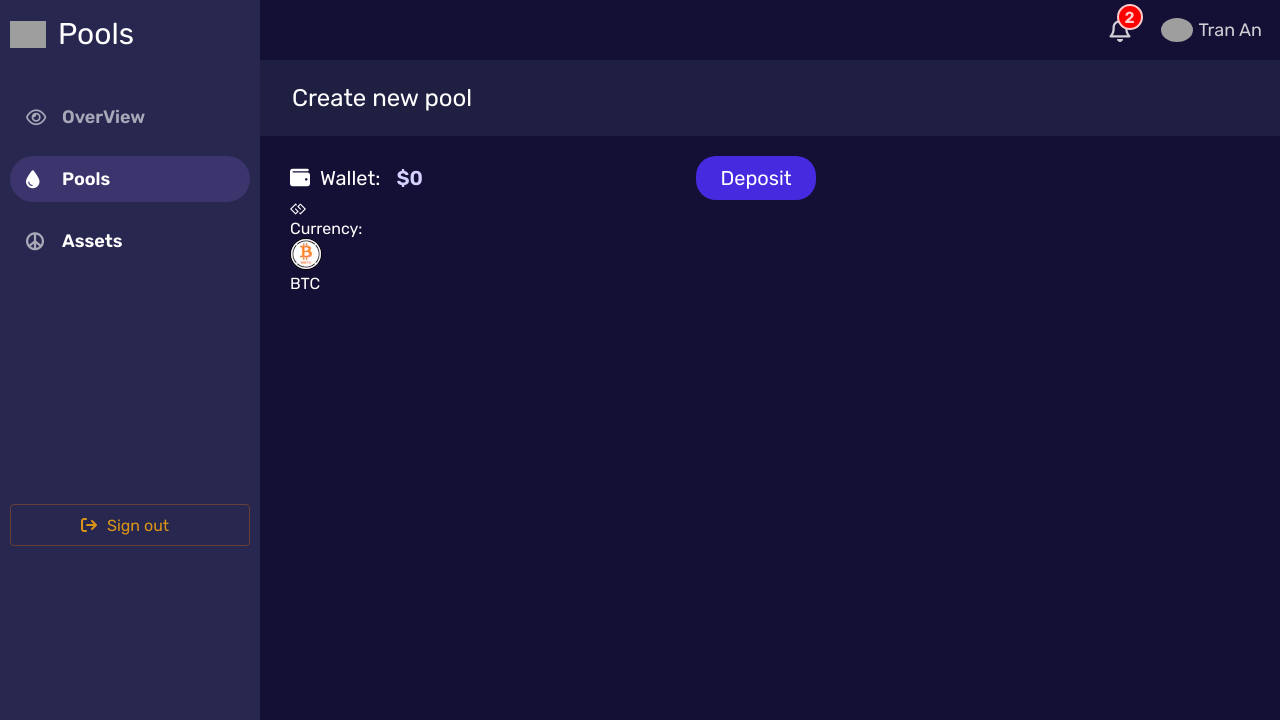
Repository: quynh232000/pools
Page: pool/create-pool.html
The author's editor kept a copy of each file at every save. The page is drawn from the files as they stood at one save, then again after the next save.
The browser window is 1280 px wide. The pictures show the whole page.
Pictures or frames that could not be fetched are drawn as grey boxes.

Above is the page before, as saved 2023-07-14 00:28:36.

### pool/create-pool.html
<!DOCTYPE html>
<html lang="en">
  <head>
    <meta charset="UTF-8" />
    <meta name="viewport" content="width=device-width, initial-scale=1.0" />
    <title>Create Pool</title>

    <link rel="stylesheet" href="../src/css/base.css" />
    <link rel="stylesheet" href="../src/css/style.css" />
    <link rel="stylesheet" href="../src/css/pool.css" />
    <link rel="stylesheet" href="../src/css/create-pool.css" />
    <link
      rel="stylesheet"
      href="https://cdnjs.cloudflare.com/ajax/libs/font-awesome/6.4.0/css/all.min.css"
      integrity="sha512-iecdLmaskl7CVkqkXNQ/ZH/XLlvWZOJyj7Yy7tcenmpD1ypASozpmT/E0iPtmFIB46ZmdtAc9eNBvH0H/ZpiBw=="
      crossorigin="anonymous"
      referrerpolicy="no-referrer"
    />
  </head>
  <body>
    <div class="container">
      <div class="sidebar">
        <div class="sidebar-logo">
          <img src="https://sef-eco.vercel.app/assets/images/logo.png" alt="" />
          <span>Pools</span>
        </div>
        <div class="sidebar-items">
          <div class="sidebar-list">
            <div class="sidebar-item">
              <i class="fa-regular fa-eye"></i>
              <div class="sidebar-item-name">OverView</div>
            </div>
            <div class="sidebar-item sidebar-item-active">
              <i class="fa-solid fa-droplet"></i>
              <a href="/pool.html" class="sidebar-item-name">Pools</a>
            </div>
            <div class="sidebar-item">
              <i class="fa-solid fa-peace"></i>
              <a href="/index.html" class="sidebar-item-name">Assets</a>
            </div>
          </div>

          <div class="sidebar-sign-out">
            <i class="fa-solid fa-arrow-right-from-bracket"></i>
            <div class="sidebar-item-name">Sign out</div>
          </div>
        </div>
      </div>
      <div class="content">
        <div class="header">
          <div class="header-noti">
            <i class="fa-regular fa-bell"></i>
            <div class="header-noti-count">2</div>
          </div>
          <div class="header-user">
            <img
              src="https://static.vecteezy.com/system/resources/previews/002/002/257/original/beautiful-woman-avatar-character-icon-free-vector.jpg"
              alt=""
            />
            <div class="header-user-name">Tran An</div>
          </div>
        </div>
        <!-- body -->
        <div class="content-title">Create new pool</div>
        <div class="create-body">
          <div class="create-item">
            <i class="fa-solid fa-wallet"></i>
            <div class="create-item-title">Wallet:</div>
            <span>$0</span>
            <div class="create-btn">Deposit</div>
          </div>
          <div class="create-select-money">
            <i class="fa-brands fa-gg"></i>
            <div class="create-wallet-title">Currency:</div>
            <div class="create-select-type-money">
              <span>
                <img src="../src/img/btc.png" alt="" />
                <div class="type-money-name">BTC</div>
              </span>
            </div>
          </div>
        </div>
      </div>
    </div>
  </body>
</html>

### src/css/base.css
@import url('https://fonts.googleapis.com/css2?family=Rubik:wght@300;400;500;600;700&display=swap');
 :root{
    --primary-color:#fff;
    --text-color:#fff;
    --text-1-color:rgb(211, 209, 255);
    --bg-color:#140f34;
    --bg-item-color:#282750;

 }
*{
    box-sizing: inherit;
}
html,body{
    box-sizing: border-box;
    margin: 0;
    padding: 0;
    font-family: 'Rubik', sans-serif;
    color: var(--text-color);
}
a{
    color: white;
    text-decoration: none;
}

### src/css/style.css
.container{
    width: 100%;
    min-height: 100vh;
    background-color: var(--bg-color);
    display: flex;
}
.sidebar{
    width: 20%;
    min-width: 260px;
    max-width: 400px;
    display: flex;
    flex-direction: column;
    min-height: 100vh;
    background-color: var(--bg-item-color);
}
.sidebar-logo{
    display: flex;
    width: 100%;
    align-items: center;
    padding: 16px 10px;
}
.sidebar-logo img{
    width: 15%;
}
.sidebar-logo span{
    font-size: 30px;
    color: var(--primary-color);
    margin-left: 12px;

}
.sidebar-items{
    padding: 26px 10px;
    display: flex;
    flex-direction: column;
    justify-content: space-between;
    min-height: 70vh;
}
.sidebar-list{

}
.sidebar-item{
    font-size: 18px;
    display: flex;
    align-items: center;
    padding: 12px 16px;
    border-radius: 40px;
    color: rgb(255 255 255/.6);
    margin-bottom: 16px;
    font-weight: 600;
    transition: color .3s;
}
.sidebar-item:hover{
    cursor: pointer;
    color: rgb(255 255 255/.8);
}
.sidebar-item-active{
    background-color:#3c356d ;
    color: var(--text-color);
}
.sidebar-item i{
    min-width: 36px;
}
.sidebar-sign-out{
    display: flex;
    align-items: center;
    color: rgb(218, 149, 23);
    text-align: center;
    border: 1px solid rgba(202, 98, 12,.4);
    justify-content: center;
    padding-right: 10px;
    border-radius: 4px;
    transition: color border .3s;
}
.sidebar-sign-out:hover{
    cursor: pointer;
    color: rgb(253, 166, 5);
    border: 1px solid rgba(202, 98, 12,.5);
}
.sidebar-sign-out i{
    margin-right: 10px;
    padding: 12px 0;
}

.content{
    width: 85%;
    min-height: 100vh;
    /* background-color: var(--bg-color); */
}
.header{
    display: flex;
    justify-content: flex-end;
    padding: 18px;
    color: rgb(255 255 255/.8);
    align-items: center;
}
.header-user{
    display: flex;
    align-items: center;
    font-size: 18px;

}
.header-user img {
    width: 32px;
    border-radius: 50%;
    margin-right: 6px;
}
.header-noti{
    display: flex;
    margin-right: 30px;
    font-size: 20px;
    position: relative;
    font-size: 24px;
}
.header-noti-count{
    width: 26px;
    height: 26px;
    position: absolute;
    top: -14px;
    left: 7px;
    border: 2px solid  rgb(255 255 255/.8);
    text-align: center;
    border-radius: 50%;
    font-size: 16px;
    display: flex;
    align-items: center;
    justify-content: center;
    background-color: var(--bg-color);
    background-color: red;
    font-weight: 600;

}
.content-title{
    background-color: #1f1f42;
    padding: 24px 32px;
    font-size: 24px;
}
.content-list{
    display: flex;
    flex-direction: column;
    align-items: center;
    padding: 0 40px;
}
.content-list-body{
    width: 100%;
    margin-top: 20px;

}
.content-nav{
    width: 100%;
    display: flex;
    justify-content: space-between;
    padding: 12px 26px;
    margin: 10px 0;
    transition: background-color .2s ;
}
.content-nav:hover{
    background-color: #2d2d44;
}
.nav-left{
    width: 50%;
    display: flex;
    align-items: center;
    justify-content: space-between;
    font-size: 22px;

}
.nav-left-info{
    display: flex;
    align-items: center;
}
.nav-left-info img{
    width: 32px;
    margin-right: 8px;
}
.nav-left-name{
    font-size: 22px;
}
.nav-left-balance{
    display: flex;
    flex-direction: column;
    align-items: center;
    flex: 1;
}
.nav-left-balance span:nth-child(2){
    font-size: 20px;
    color: #a8a8a8;
}


.nav-right{
    width: 40%;
    display: flex;
    justify-content: space-between;
    align-items: center;
    color: #b3b1fd;
}
.nav-right span{
    transition: color .3s;
}
.nav-right span i{
    font-size: 16px !important;
    margin-left: 4px;
}
.nav-right span:hover{
    color:#f8c2b0;
    cursor: pointer;
}
.nav-text{
    color: #b3b1fd;
    font-size: 20px;
}
.nav-right .nav-tex:hover{
    color: #b3b1fd !important;
    cursor: no-drop;
}

### src/css/pool.css
.p-content-body{
    width: 100%;
    display: flex;
    flex-wrap: wrap;
    padding: 20px 10px;
}
.content-item-wrapper{
    width: 33.333%;
    padding: 10px ;
}
.p-content-item{
    border-radius: 6px;
    background-color: var(--bg-item-color);
    padding: 14px;
    transition: background-color .3s ease;
}
.p-content-item:hover{
    background-color: #2e2e60;
}
.p-content-item-top{
    display: flex;
    align-items:flex-start;

}
.p-content-item-img{
    margin-right: 6px;
}
.p-content-item-top-info{
    display: flex;
    flex-direction: column;
}
.p-content-item-top-info span{
    padding-top: 4px;
}
.p-content-item-top-info p{
    margin: 4px 0 10px 0;
    color: #a7a3a3;
}
.p-content-item-bottom{
    display: flex;
}
.p-item-type{
    margin-right: 10px;
    padding: 0 8px;
    text-align: center;
}
.p-item-type:first-child{
    border-right: 1px solid gray;
    padding-right: 16px;
}
.p-item-type span{
    font-size: 14px;
    color: #a7a3a3;
    /* font-weight: 600; */
}
.p-item-type p{
    margin: 0;
}
.add-pool{
    display: flex;
    flex-direction: column;
    align-items: center;
    font-size: 20px;
    min-height: 122px;
    justify-content: center;
}
.add-pool i{
    font-size: 26px;
    margin-bottom: 6px;
}

### src/css/create-pool.css
.create-body{
    width: 100%;
    display: flex;
    flex-direction: column;
    padding: 20px 30px;
}
.create-item{
    display: flex;
    font-size: 20px;
    align-items: center;
}
.create-item-title{
    margin: 0 16px 0 10px;

}
.create-item span{
    color: var(--text-1-color);
    min-width: 300px;
    font-weight: 600;
}
.create-btn{
    background-color: rgb(70, 42, 223);
    padding: 10px 24px;
    border-radius: 20px;
    display: flex;
    justify-content: center;
    align-items: center;
    transition: background-color .3s ease;
}
.create-btn:hover{
    background-color: #6a67ea;
    cursor: pointer;
}

After the next save:
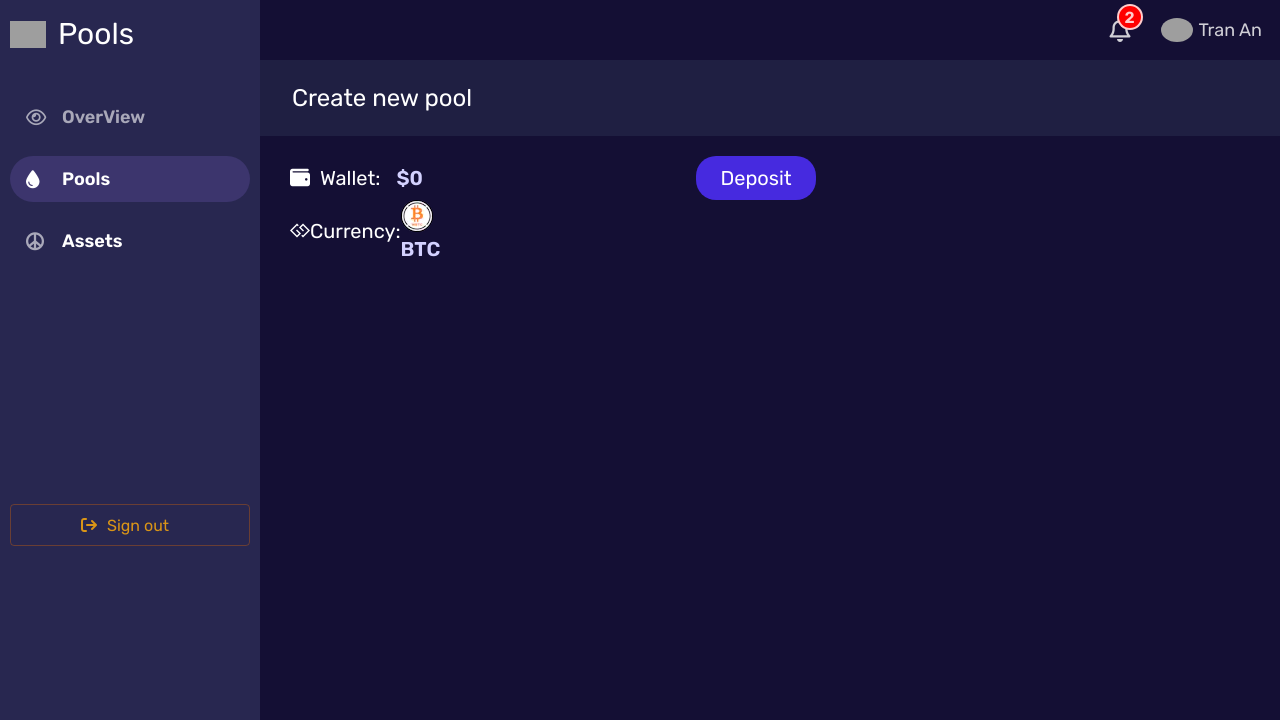
Saved 15 s later.
--- a/pool/create-pool.html
+++ b/pool/create-pool.html
@@ -69,7 +69,7 @@
             <span>$0</span>
             <div class="create-btn">Deposit</div>
           </div>
-          <div class="create-select-money">
+          <div class="create-item">
             <i class="fa-brands fa-gg"></i>
             <div class="create-wallet-title">Currency:</div>
             <div class="create-select-type-money">
